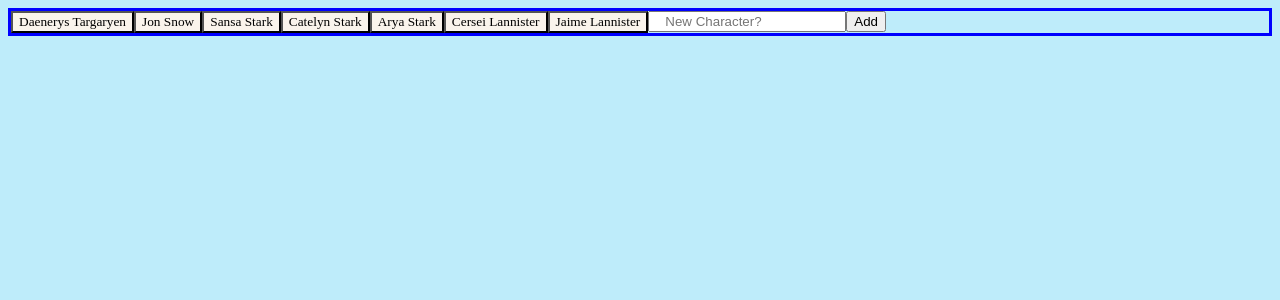
Repository: dsaftler/GifTastic
Page: index.html
These files come from the project's save history. The page is drawn as it stood at one moment and after the next save; the edit follows.
The browser window is 1280 px wide. The pictures show the whole page.
Some web libraries are served in a nearby version.

Above is the page before, as saved 2019-04-20 08:30:34.

After the next save:
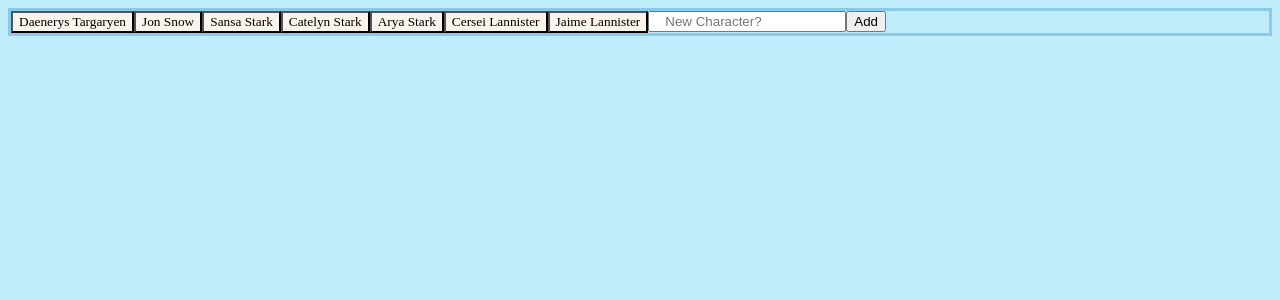
Saved 90 s later.
--- a/assets/CSS/style.css
+++ b/assets/CSS/style.css
@@ -7,7 +7,7 @@
 }
 .btnsDiv{
   background-color: rgb(190, 236, 250);
-  border: 3px solid blue;
+  border: 3px solid rgb(138, 203, 233);
 }
 #newTopic{
   padding-left: 15px;
